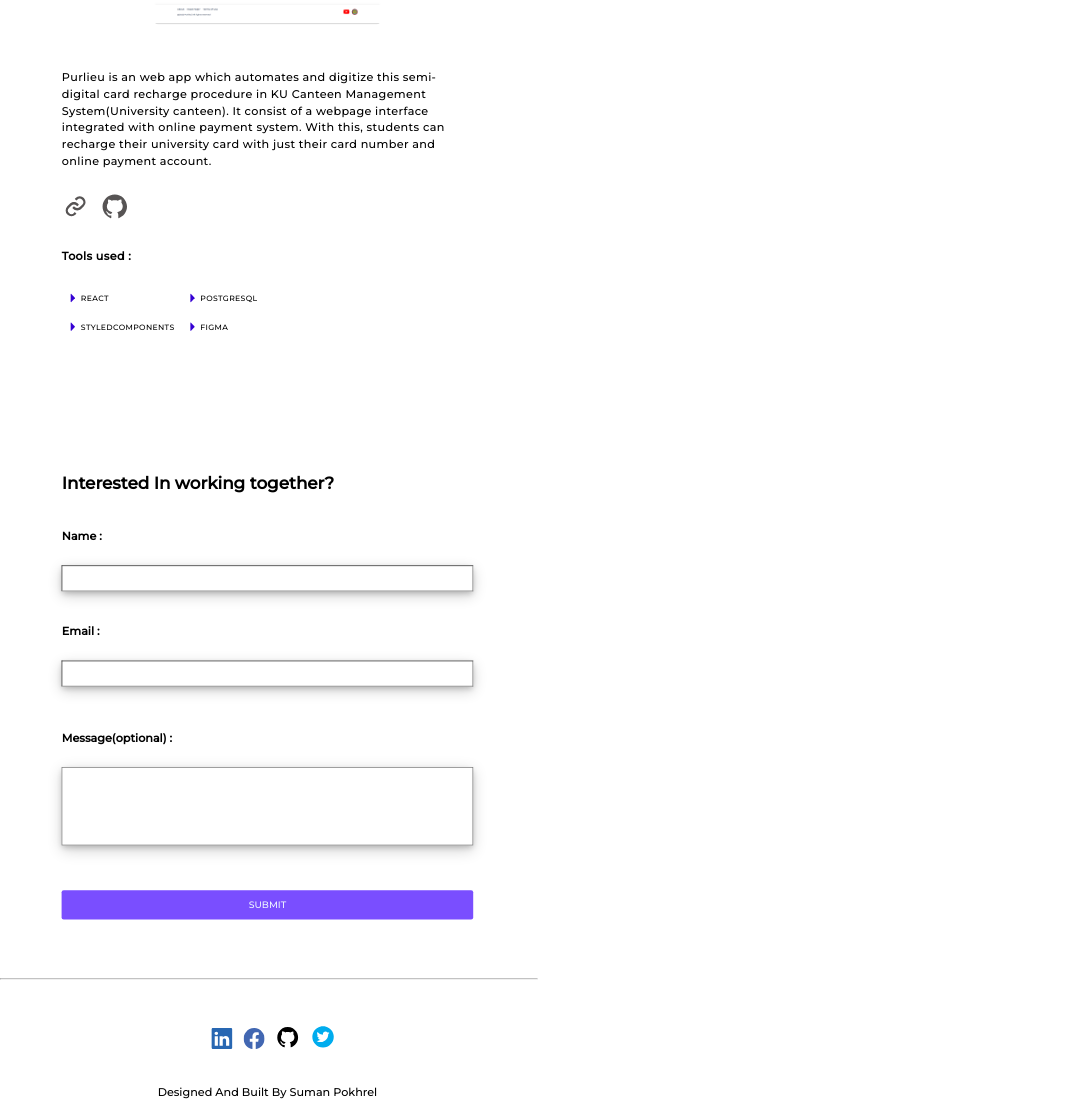
Repository: iamsumanp/portfolio
Page: /
The author's editor kept a copy of each file at every save. The page is drawn from the files as they stood at one save, then again after the next save.
The browser window is 768 px wide. The page is 1536 px wide, so the pictures cover 1536 px, including what lies to the right of the window. The pictures show the part of the page from y = 4334 to 5934 px (the page is 5934 px tall before and 5915 px after), at 70% of full size.
The project was rebuilt for these pictures with package versions that can differ from the ones it lists, and the page was loaded fresh each time.

Above is the page before, as saved 2022-07-11 15:19:58.

### public/index.html
<!DOCTYPE html>
<html lang="en">
  <head>
    <meta charset="utf-8" />
    <link rel="icon" href="%PUBLIC_URL%/favicon.ico" />
    <meta name="viewport" content="width=device-width, minimum-scale=1" />
    <meta name="theme-color" content="#000000" />
    <meta name="portfolio" content="mePortfolio" />
    <!-- <link rel="apple-touch-ion" href="%PUBLIC_URL%/logo192.png" /> -->

    <link rel="manifest" href="%PUBLIC_URL%/manifest.json" />
    <link rel="preconnect" href="https://fonts.googleapis.com" />
    <link rel="preconnect" href="https://fonts.gstatic.com" crossorigin />
    <link
      href="https://fonts.googleapis.com/css2?family=Montserrat:wght@500&display=swap"
      rel="stylesheet"
    />
    <title>Suman Pokharel</title>
  </head>
  <body>
    <div id="root"></div>
  </body>
</html>

### src/App.tsx
import "./App.css";
import { BrowserRouter as Router } from "react-router-dom";
import { NavBar } from "./Components/NavBar";
import "./styles/styles.css";
import { Hero } from "./Components/Hero";
import { AboutMe } from "./Components/AboutMe";
import { Projects } from "./Components/Projects";
import { Contact } from "./Components/Contact";
import { Footer } from "./Components/Footer";

function App() {
  return (
    <Router>
      <NavBar />
      <Hero />
      <AboutMe />
      <Projects />
      <Contact />
      <hr />
      <Footer />
    </Router>
  );
}

export default App;

### src/Components/NavBar.tsx
import { gsap } from "gsap";
import React, { useEffect, useRef, useState } from "react";
import { HashLink } from "react-router-hash-link";
const myLogo = require("../assets/logo.png");

export const NavBar = () => {
  const [active, setActive] = useState(false);

  const navRef = useRef<HTMLDivElement>(null);

  const q = gsap.utils.selector(navRef);

  const tl0: gsap.TimelineVars | undefined = useRef(null); // gsap.TimelineVars | undefined
  // const tl10: gsap.TimelineVars | undefined = useRef(null); // gsap.TimelineVars | undefined

  // const imgRef = useRef(null);

  const burgerClick = () => {
    setActive(!active);
  };

  useEffect(() => {
    // if (active === false) {
    //   tl10.current = gsap.timeline({ defaults: { duration: 1 } }).fromTo(
    //     q(".navUl"),
    //     {
    //       y: 5,
    //       opacity: 0,
    //     },
    //     {
    //       y: 0,
    //       opacity: 1,
    //       stagger: {
    //         each: 1,
    //       },
    //     }
    //   );
    // }

    tl0.current = gsap.timeline({ defaults: { duration: 1 } }).fromTo(
      q(".logoImg"),
      {
        opacity: 0,
      },
      {
        opacity: 1,
      }
    );
  });

  return (
    <nav className="navBar" ref={navRef}>
      <HashLink to="#heroSection" className="linkHash" smooth>
        <img
          src={myLogo}
          alt="SP"
          className="logoImg"
          onClick={active ? burgerClick : undefined}
          // ref={imgRef}
        />
      </HashLink>

      <ul className={active ? "navUl nav-active" : "navUl"}>
        <li className="navLinks" onClick={active ? burgerClick : undefined}>
          <HashLink to="#aboutMe" className="linkHash" smooth>
            About me
          </HashLink>
        </li>
        <li className="navLinks" onClick={active ? burgerClick : undefined}>
          <HashLink to="#projectSection" className="linkHash" smooth>
            Projects
          </HashLink>
        </li>
        <li className="navLinks" onClick={active ? burgerClick : undefined}>
          <HashLink to="#contact" className="linkHash" smooth>
            Contact
          </HashLink>
        </li>
        <li className="navLinks resume">Resume</li>
      </ul>
      <div className="burgerMenu" onClick={() => burgerClick()}>
        <div className={active ? "line1 toggle" : "line1"}></div>
        <div className={active ? "line2 toggle2" : "line2"}></div>
        <div className={active ? "line3 toggle3" : "line3"}></div>
      </div>
    </nav>
  );
};

### src/styles/styles.css
:root {
  --main-purple: #3500d3;
}

* {
  box-sizing: border-box;
  font-family: "Montserrat", sans-serif;
}

body {
  margin: 0;
  padding: 0;
}
@media (max-width: 900px) {
  body {
    overflow-x: hidden;
  }
}

.navBar {
  display: flex;
  flex-direction: row;
  justify-content: space-between;
  align-items: center;
  min-height: 5rem;
  font-weight: bolder;
  padding: 0.2% 14%;
}
@media (max-width: 1100px) {
  .navBar {
    margin-bottom: 5rem;
    overflow-x: hidden;
  }
}
.navBar .logoImg {
  height: 25px;
}
.navBar .navUl {
  list-style: none;
  display: flex;
  flex-direction: row;
}
@media (max-width: 900px) {
  .navBar .navUl {
    position: absolute;
    right: 0;
    top: 8vh;
    height: 100vh;
    background-color: rgb(255, 255, 255);
    flex-direction: column;
    width: 100%;
    z-index: 1;
    justify-content: space-evenly;
    transform: translateX(100%);
    transition: transform 0.4s ease-in;
  }
}
.navBar .nav-active {
  transform: translateX(0%);
}
.navBar .burgerMenu {
  display: none;
}
@media (max-width: 900px) {
  .navBar .burgerMenu {
    display: block;
    cursor: pointer;
  }
}
.navBar .burgerMenu .toggle {
  transform: rotate(-45deg) translate(-5px, 6px);
}
.navBar .burgerMenu .toggle2 {
  opacity: 0;
}
.navBar .burgerMenu .toggle3 {
  transform: rotate(45deg) translate(-5px, -6px);
}
.navBar .burgerMenu div {
  width: 25px;
  height: 3px;
  background-color: black;
  transition: transform 0.4s ease;
  margin: 5px;
}
.navBar .navLinks {
  padding: 0 40px;
  cursor: pointer;
  align-self: center;
  text-decoration: none;
}
.navBar .navLinks.resume {
  border: solid 1px var(--main-purple);
  color: var(--main-purple);
  padding: 9px 25px;
  border-radius: 5px;
}
.navBar .navLinks .linkHash {
  text-decoration: none;
  color: black;
}

.heroSection {
  overflow-x: hidden;
  height: 90vh;
  width: 80%;
  display: flex;
  flex-direction: row;
  align-items: center;
  margin: auto;
  padding: 0 2% 0 5%;
}
@media (max-width: 1100px) {
  .heroSection {
    flex-direction: column-reverse;
    justify-content: center;
    align-items: center;
  }
}
.heroSection .content {
  display: flex;
  flex-direction: column;
}
@media (max-width: 1100px) {
  .heroSection .content {
    margin-top: 5rem;
  }
}
.heroSection .content .h4text {
  color: var(--main-purple);
}
.heroSection .content .h1text {
  margin-top: 0;
  font-size: 2.5rem;
}
@media (max-width: 800px) {
  .heroSection .content .h1text {
    font-size: 2rem;
  }
}
.heroSection .content .h4text,
.heroSection .content .h2text {
  letter-spacing: 0.5px;
  margin-top: 0;
}
.heroSection .content .h2text {
  font-size: 1.8rem;
}
@media (max-width: 800px) {
  .heroSection .content .h2text {
    font-size: 1.35rem;
  }
}
.heroSection .content .h5text {
  width: 55%;
  line-height: 2;
  letter-spacing: 1px;
  margin-top: 10px;
  font-size: 0.9rem;
}
@media (max-width: 800px) {
  .heroSection .content .h5text {
    width: 100%;
  }
}
.heroSection .svgImgg {
  margin-left: auto;
  width: 22rem;
}
@media (max-width: 1100px) {
  .heroSection .svgImgg {
    margin-left: 0;
  }
}
@media (max-width: 800px) {
  .heroSection .svgImgg {
    width: 19rem;
  }
}

.aboutMeSection {
  width: 80%;
  margin: auto;
  display: flex;
  flex-direction: column;
  justify-content: center;
  padding: 7% 2% 10% 5%;
}
@media (max-width: 1100px) {
  .aboutMeSection {
    padding: 7rem 2% 10% 1.5%;
  }
}
.aboutMeSection .contentAndImage {
  display: flex;
  flex-direction: row;
}
@media (max-width: 1100px) {
  .aboutMeSection .contentAndImage {
    flex-direction: column-reverse;
    margin-top: 2rem;
  }
}
.aboutMeSection .h2textabout {
  margin-top: -3rem;
}
.aboutMeSection .aboutMeContent {
  display: flex;
  flex-direction: column;
  width: 60%;
}
@media (max-width: 1100px) {
  .aboutMeSection .aboutMeContent {
    width: 100%;
  }
}
.aboutMeSection .imgContainer {
  margin-left: auto;
  margin-top: 2rem;
  position: relative;
  height: 350px;
  width: 280px;
  border: solid 2px #7f58f7;
  border-radius: 5px;
}
@media (max-width: 1100px) {
  .aboutMeSection .imgContainer {
    margin-left: 0;
    align-self: center;
    margin-bottom: 2rem;
  }
}
@media (max-width: 800px) {
  .aboutMeSection .imgContainer {
    height: 300px;
    width: 240px;
  }
}
.aboutMeSection .imgContainer .imgProfile {
  height: 350px;
  position: absolute;
  right: 8px;
  top: -11px;
  border-radius: 5px;
}
@media (max-width: 800px) {
  .aboutMeSection .imgContainer .imgProfile {
    height: 300px;
  }
}
.aboutMeSection .spanText {
  font-weight: bold;
  margin-top: 2rem;
  line-height: 2;
  letter-spacing: 0.4px;
}
.aboutMeSection .spanText.tech {
  margin-top: 5rem;
}
.aboutMeSection .backEndFrontEndContainer {
  display: flex;
  flex-direction: row;
  margin-top: 4rem;
  justify-content: space-between;
}
@media (max-width: 1100px) {
  .aboutMeSection .backEndFrontEndContainer {
    flex-direction: column;
  }
}
.aboutMeSection .backEndFrontEndContainer .frontEndBox {
  box-shadow: 0 4px 8px 0 rgba(0, 0, 0, 0.2), 0 6px 20px 0 rgba(0, 0, 0, 0.19);
  padding: 2rem 2.5rem;
  display: flex;
  flex-direction: column;
  border-radius: 5px;
}
@media (max-width: 1100px) {
  .aboutMeSection .backEndFrontEndContainer .frontEndBox {
    padding: 1rem;
    margin-bottom: 3rem;
  }
}
.aboutMeSection .backEndFrontEndContainer .frontEndBox .spanTitle {
  align-self: center;
  text-transform: uppercase;
  font-weight: bold;
}

.frontEndTools,
.backEndBox {
  display: flex;
  flex-direction: row;
  margin-top: 1rem;
}
.frontEndTools .fnTools2,
.backEndBox .fnTools2 {
  margin-left: 3rem;
}
@media (max-width: 900px) {
  .frontEndTools .fnTools2,
.backEndBox .fnTools2 {
    margin-left: 0.1rem;
  }
}
.frontEndTools .fnTool,
.backEndBox .fnTool {
  display: flex;
  align-items: center;
  margin: 1.5rem 0.5rem;
}
.frontEndTools .fnTool .triangleRight,
.backEndBox .fnTool .triangleRight {
  color: var(--main-purple);
}

.techName {
  margin-left: 0.8rem;
  text-transform: uppercase;
  font-size: 15px;
}
@media (max-width: 900px) {
  .techName {
    font-size: 11px;
    margin-left: 0.2rem;
  }
}

.projectsSection {
  width: 80%;
  margin: auto;
  padding: 5% 2% 0 5%;
  display: flex;
  flex-direction: column;
}
@media (max-width: 1100px) {
  .projectsSection {
    padding: 7rem 2% 10% 1.5%;
  }
}
.projectsSection .Project1Container,
.projectsSection .Project3Container {
  display: flex;
  flex-direction: column;
}
.projectsSection .nameLabelLine {
  margin: 2rem 0;
  display: flex;
  flex-direction: row;
  align-items: center;
}
.projectsSection .nameLabelLine .vl {
  border-bottom: 1px solid gray;
  margin-top: 5px;
  height: inherit;
  width: 35%;
}
@media (max-width: 1100px) {
  .projectsSection .nameLabelLine .vl {
    width: 50%;
  }
}
.projectsSection .h2textabout {
  margin-top: -3rem;
}
.projectsSection .projectContentAndImage {
  display: flex;
  flex-direction: row;
  justify-content: space-between;
}
@media (max-width: 1100px) {
  .projectsSection .projectContentAndImage {
    flex-direction: column-reverse;
  }
}
.projectsSection .projectContentAndImage .hirestationImg {
  height: 15rem;
  border-radius: 5px;
  margin-left: auto;
}
@media (max-width: 1100px) {
  .projectsSection .projectContentAndImage .hirestationImg {
    margin-left: 0;
    align-self: center;
    margin: 2rem 0 4rem 0;
  }
}
@media (max-width: 800px) {
  .projectsSection .projectContentAndImage .hirestationImg {
    height: 10rem;
  }
}
.projectsSection .linksContainer {
  display: flex;
  align-items: center;
  margin: 2rem 0;
}

.projContent {
  width: 50%;
  line-height: 1.5;
  letter-spacing: 0.5px;
}
@media (max-width: 1100px) {
  .projContent {
    width: 100%;
  }
}

.projectLabel {
  font-weight: bold;
  margin-right: 1rem;
}

.Project2Container {
  display: flex;
  flex-direction: column;
  margin-top: 5rem;
  margin-bottom: 7.5rem;
}
.Project2Container .nameLabelLine2 {
  margin: 2rem 0;
  display: flex;
  flex-direction: row;
  justify-content: end;
}
.Project2Container .nameLabelLine2 .vl {
  border-bottom: 1px solid gray;
  margin-bottom: 5px;
  width: 35%;
  margin-right: 1rem;
}
@media (max-width: 1100px) {
  .Project2Container .nameLabelLine2 .vl {
    width: 50%;
  }
}
@media (max-width: 800px) {
  .Project2Container .nameLabelLine2 .vl {
    width: 40%;
  }
}

.projectContentAndImage1 {
  display: flex;
  flex-direction: row;
  justify-content: space-between;
}
@media (max-width: 1100px) {
  .projectContentAndImage1 {
    flex-direction: column;
  }
}
.projectContentAndImage1 .baathcheethImg {
  height: 15rem;
  border-radius: 5px;
  margin-right: auto;
  padding-right: 2rem;
}
@media (max-width: 1100px) {
  .projectContentAndImage1 .baathcheethImg {
    margin-right: 0;
    align-self: center;
    margin: 2rem 0 4rem 0;
  }
}
@media (max-width: 800px) {
  .projectContentAndImage1 .baathcheethImg {
    height: 10rem;
  }
}

.ContactSection {
  width: 80%;
  margin: auto;
  padding: 5% 2% 10% 5%;
  display: flex;
  flex-direction: column;
}
@media (max-width: 1100px) {
  .ContactSection {
    padding: 5rem 2% 10% 1.5%;
  }
}
.ContactSection .formContainer {
  margin-top: 2rem;
}
.ContactSection .nameAndEmailSection {
  display: flex;
  flex-direction: row;
  justify-content: space-between;
}
@media (max-width: 900px) {
  .ContactSection .nameAndEmailSection {
    flex-direction: column;
    width: 100%;
  }
}
.ContactSection .nameAndEmailSection .nameContainer {
  display: flex;
  flex-direction: column;
  width: 90%;
}
@media (max-width: 900px) {
  .ContactSection .nameAndEmailSection .nameContainer {
    width: 100%;
  }
}
.ContactSection .nameAndEmailSection .emailContainer {
  display: flex;
  flex-direction: column;
  width: 90%;
  margin-left: 5rem;
}
@media (max-width: 900px) {
  .ContactSection .nameAndEmailSection .emailContainer {
    margin-left: 0;
    margin-top: 3rem;
    width: 100%;
  }
}
.ContactSection .nameAndEmailSection .inputForm {
  box-shadow: 0 4px 8px 0 rgba(0, 0, 0, 0.2), 0 6px 20px 0 rgba(0, 0, 0, 0.19);
  padding: 0.6rem 0.4rem;
  width: 100%;
  border-width: 1px;
  outline: none;
}
.ContactSection .label {
  margin-bottom: 2rem;
  font-weight: bold;
}
.ContactSection .MessageContainer {
  display: flex;
  flex-direction: column;
  margin-top: 4rem;
}
.ContactSection .MessageContainer #messageArea {
  width: 46.5%;
  box-shadow: 0 4px 8px 0 rgba(0, 0, 0, 0.2), 0 6px 20px 0 rgba(0, 0, 0, 0.19);
  height: 7rem;
  resize: none;
  outline: none;
  padding: 0.5rem 0.4rem;
}
@media (max-width: 900px) {
  .ContactSection .MessageContainer #messageArea {
    width: 100%;
  }
}
.ContactSection .submitBtn {
  background-color: #7a4eff;
  border: none;
  color: aliceblue;
  padding: 0.8rem;
  margin-top: 4rem;
  width: 10rem;
  border-radius: 3px;
  cursor: pointer;
}
@media (max-width: 900px) {
  .ContactSection .submitBtn {
    width: 100%;
  }
}

.footerSection {
  width: 80%;
  margin: auto;
  padding: 3% 2% 4% 1.5%;
}
.footerSection .footerContainer {
  display: flex;
  flex-direction: column;
}
@media (max-width: 900px) {
  .footerSection .footerContainer {
    align-items: center;
  }
}
.footerSection .socialMediaAndQuote {
  display: flex;
  justify-content: space-between;
  align-items: center;
  margin-bottom: 1rem;
}
@media (max-width: 900px) {
  .footerSection .socialMediaAndQuote {
    flex-direction: column;
  }
}
.footerSection .socialMediaAndQuote .icons {
  margin-left: 1rem;
}
@media (max-width: 900px) {
  .footerSection .socialMediaAndQuote .socialMedia {
    margin: 2rem 0;
  }
}

@media (max-width: 800px) {
  .spSpan {
    text-align: center;
  }
}/*# sourceMappingURL=styles_20220711144547.css.map */

### src/Components/Hero.tsx
import gsap from "gsap";
import { useEffect, useRef } from "react";
import SvgImg from "./IconComponent/SvgImg";

export const Hero = () => {
  const heroRef = useRef<HTMLDivElement>(null);
  const tl1: gsap.TimelineVars | undefined = useRef();
  const q = gsap.utils.selector(heroRef);
  useEffect(() => {
    tl1.current = gsap
      .timeline({
        defaults: {
          duration: 1,
        },
      })
      .fromTo(
        q(".content"),
        {
          y: 20,
          opacity: 0,
          // stagger: 0.4,
        },
        {
          y: 0,
          opacity: 1,
        }
      )
      .fromTo(
        q(".svgImgg"),
        { x: 20, opacity: 0 },
        { x: 0, opacity: 1 },
        "-=1"
      );
  });
  return (
    <div className="heroSection" id="heroSection" ref={heroRef}>
      <div className="content">
        <h4 className="h4text">Hi, My name is</h4>
        <h1 className="h1text">Suman Pokharel.</h1>
        <h2 className="h2text">I design and code web applications.</h2>
        <h5 className="h5text">
          I am a full stack web developer focused on bringing beautiful ideas
          into web apps and building experiences.
        </h5>
      </div>
      {/* <div className="svgImgg"> */}
      <SvgImg height={221} className="svgImgg" />
      {/* </div> */}
    </div>
  );
};

### src/Components/Contact.tsx
import gsap from "gsap";
import { ScrollTrigger } from "gsap/ScrollTrigger";
import { useEffect, useRef, useState } from "react";
gsap.registerPlugin(ScrollTrigger);

export const Contact = () => {
  const contactRef = useRef<HTMLDivElement>(null);
  const tline: gsap.TimelineVars | undefined = useRef();

  const q = gsap.utils.selector(contactRef);
  const [name, setName] = useState("");
  const [email, setEmail] = useState("");
  const [message, setMessage] = useState("");

  const submitHandler: React.FormEventHandler<HTMLFormElement> = (
    e: React.FormEvent<HTMLFormElement>
  ) => {
    e.preventDefault();

    setName("");
    setEmail("");
    setMessage("");
  };

  useEffect(() => {
    tline.current = gsap
      .timeline({
        defaults: { duration: 1 },
        scrollTrigger: {
          trigger: ".ContactSection",
          start: "-40 center",
          // toggleActions: "play none none reverse",
        },
      })
      .fromTo(
        q(".h2textabout"),
        { y: 10, opacity: 0 },
        {
          y: 0,
          opacity: 1,
          // duration: 2,
        }
      )
      .fromTo(
        q(".formContainer"),
        { y: 20, opacity: 0 },
        {
          y: 0,
          opacity: 1,
          // duration: 2,
        },
        "-=1"
      );
  });
  return (
    <div className="ContactSection" id="contact" ref={contactRef}>
      <h2 className="h2textabout">Interested In working together?</h2>
      <form className="formContainer" onSubmit={submitHandler}>
        <div className="nameAndEmailSection">
          <div className="nameContainer">
            <label htmlFor="Name" className="label">
              Name :
            </label>
            <input
              type="text"
              value={name}
              className="inputForm"
              onChange={(e) => setName(e.target.value)}
            />
          </div>
          <div className="emailContainer">
            <label htmlFor="Email" className="label">
              Email :
            </label>
            <input
              type="email"
              value={email}
              className="inputForm"
              onChange={(e) => setEmail(e.target.value)}
            />
          </div>
        </div>
        <div className="MessageContainer">
          <label htmlFor="Message" className="label">
            Message(optional) :
          </label>
          <textarea
            name="message"
            id="messageArea"
            // cols=30
            // rows=10
            value={message}
            onChange={(e) => setMessage(e.target.value)}
          ></textarea>
        </div>
        <button className="submitBtn" type="submit">
          SUBMIT
        </button>
      </form>
    </div>
  );
};

### src/Components/Footer.tsx
import React from "react";
import { AiFillGithub, AiFillTwitterCircle } from "react-icons/ai";
import { BsLinkedin, BsFacebook } from "react-icons/bs";

export const Footer = () => {
  return (
    <div className="footerSection">
      <div className="footerContainer">
        <div className="socialMediaAndQuote">
          {/* <span>aabc</span> */}
          <div className="socialMedia">
            <a
              href="https://www.linkedin.com/in/suman-pokharel-2a4b61206/"
              target="_blank"
              rel="noreferrer"
            >
              <BsLinkedin size={30} className="icons" fill="#2867B2" />
            </a>

            <a
              href="https://www.facebook.com/summan.pokharel/"
              target="_blank"
              rel="noreferrer"
            >
              <BsFacebook size={30} className="icons" fill="	#4267B2" />
            </a>
            <a
              href="https://github.com/iamsumanp"
              target="_blank"
              rel="noreferrer"
              style={{ color: "black" }}
            >
              <AiFillGithub size={34} className="icons" />
            </a>
            <a
              href="https://twitter.com/Itsmesuman2"
              target="_blank"
              rel="noreferrer"
            >
              <AiFillTwitterCircle size={35} className="icons" fill="#00acee" />
            </a>
          </div>
        </div>
        <span className="spSpan">Designed And Built By Suman Pokhrel</span>
      </div>
    </div>
  );
};

Loaded but not shown: src/index.tsx (common file); src/Components/IconComponent/SvgImg.tsx (791 lines, source omitted); src/Components/Projects.tsx (280 lines, source omitted); src/Components/AboutMe.tsx (185 lines, source omitted); src/App.css (no stored copy; drawn as an empty file)

After the next save:
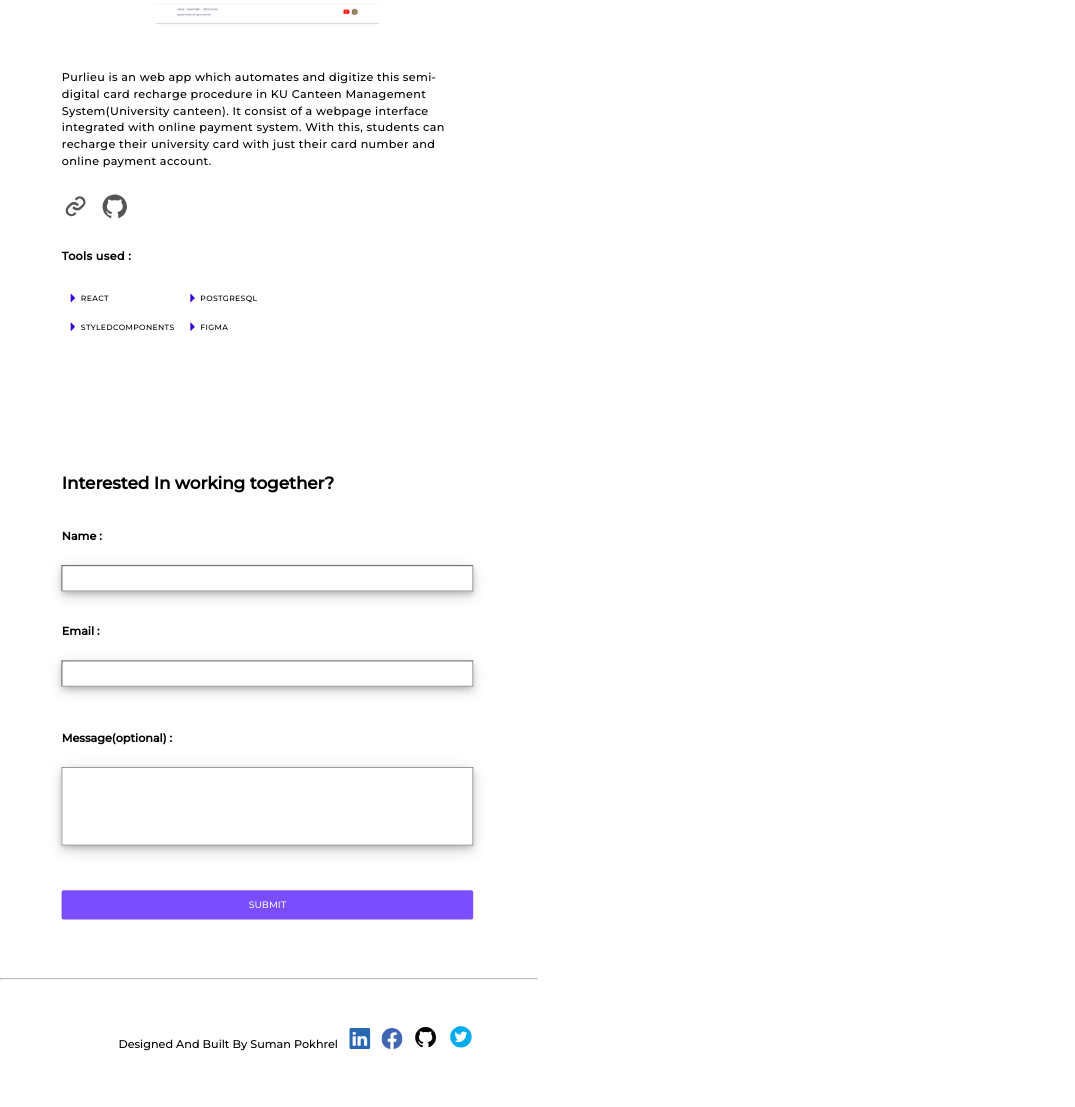
Saved 42 s later.
--- a/src/styles/styles.css
+++ b/src/styles/styles.css
@@ -571,7 +571,7 @@ body {
 }
 .footerSection .footerContainer {
   display: flex;
-  flex-direction: column;
+  flex-direction: row-reverse;
 }
 @media (max-width: 900px) {
   .footerSection .footerContainer {
@@ -602,4 +602,4 @@ body {
   .spSpan {
     text-align: center;
   }
-}/*# sourceMappingURL=styles_20220711144547.css.map */
+}/*# sourceMappingURL=styles_20220711152040.css.map */
